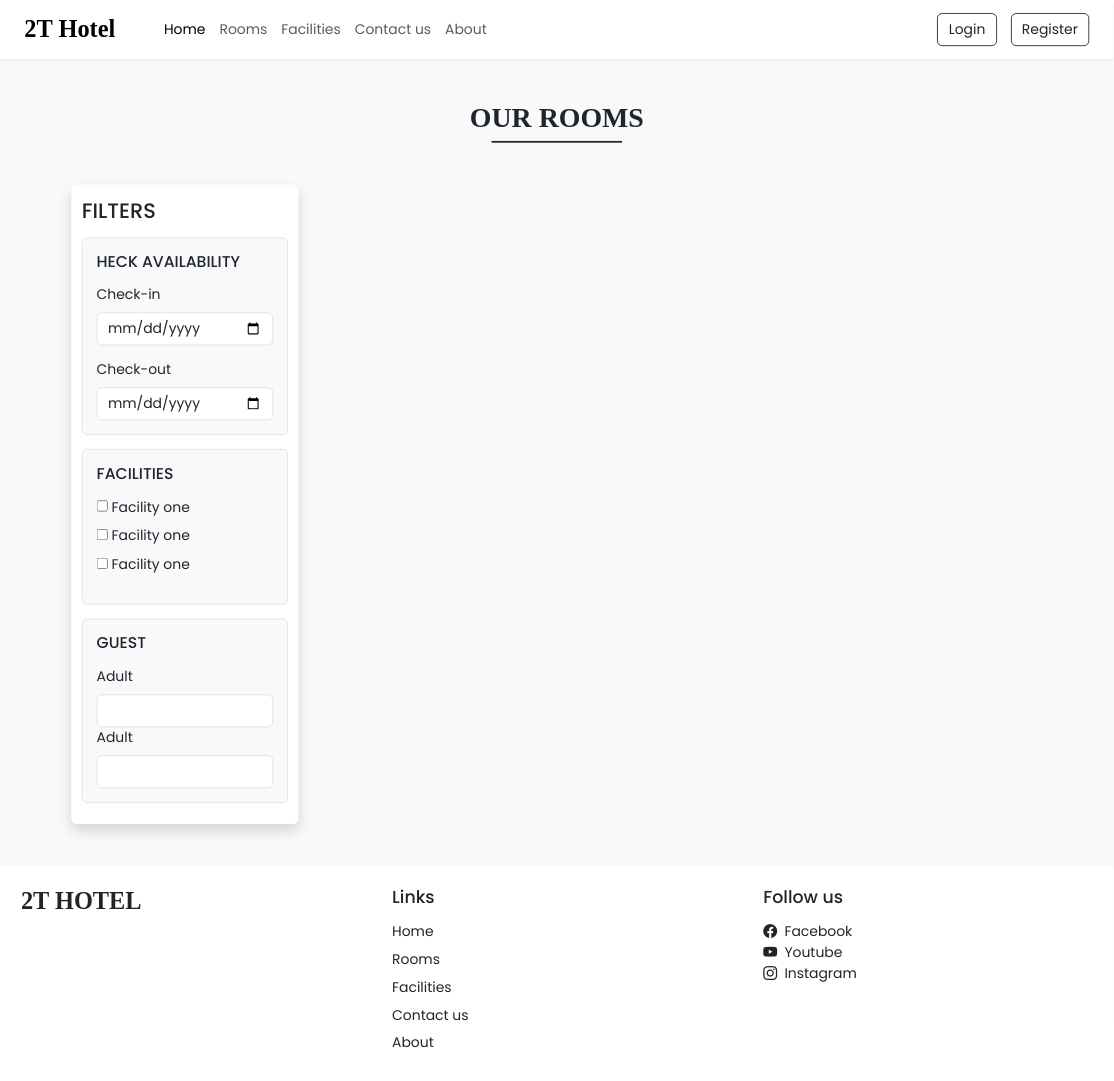
Repository: TaTongThanh2003/DoAnCoSo2024_BookingHotelWebsite
Page: http://localhost/WebsiteBookingHotel/rooms.php
An editor plug-in stored every save of this project. The page is shown before and after the next save, followed by the edit.
The browser window is 1280 px wide. The pictures show the whole page, at 87% of full size.
Some web fonts or font styles are not loaded; a fallback is used. The page is run by PHP 8.4 with error messages shown; the project is at /var/www/html/.

Above is the page before, as saved 2024-03-22 16:52:00.

After the next save:
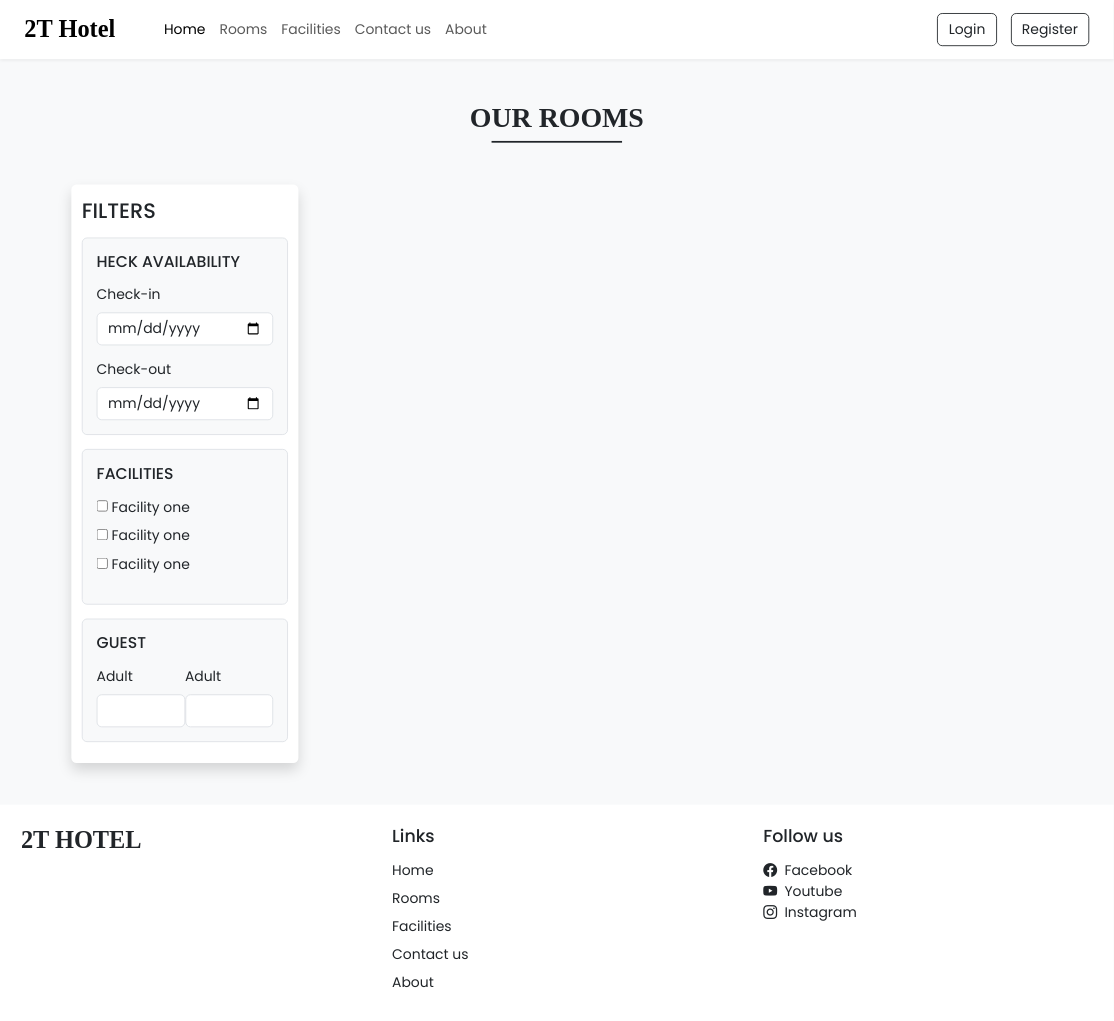
Saved 71 s later.
--- a/WebsiteBookingHotel/rooms.php
+++ b/WebsiteBookingHotel/rooms.php
@@ -69,14 +69,17 @@
                             </div>
                             <div class="border bg-light p-3 rounded mb-3">
                                 <h5 class="mb-3" style="font-size: 18px;">GUEST</h5>
-                                <div>
-                                    <label class="form-label">Adult</label>
-                                    <input type="number" class="form-control shadow-none">
+                                <div class="d-flex">
+                                    <div>
+                                        <label class="form-label">Adult</label>
+                                        <input type="number" class="form-control shadow-none">
+                                    </div>
+                                    <div>
+                                        <label class="form-label">Adult</label>
+                                        <input type="number" class="form-control shadow-none">
+                                    </div>
                                 </div>
-                                <div>
-                                    <label class="form-label">Adult</label>
-                                    <input type="number" class="form-control shadow-none">
-                                </div>
+
                             </div>
                         </div>
                 </nav>
